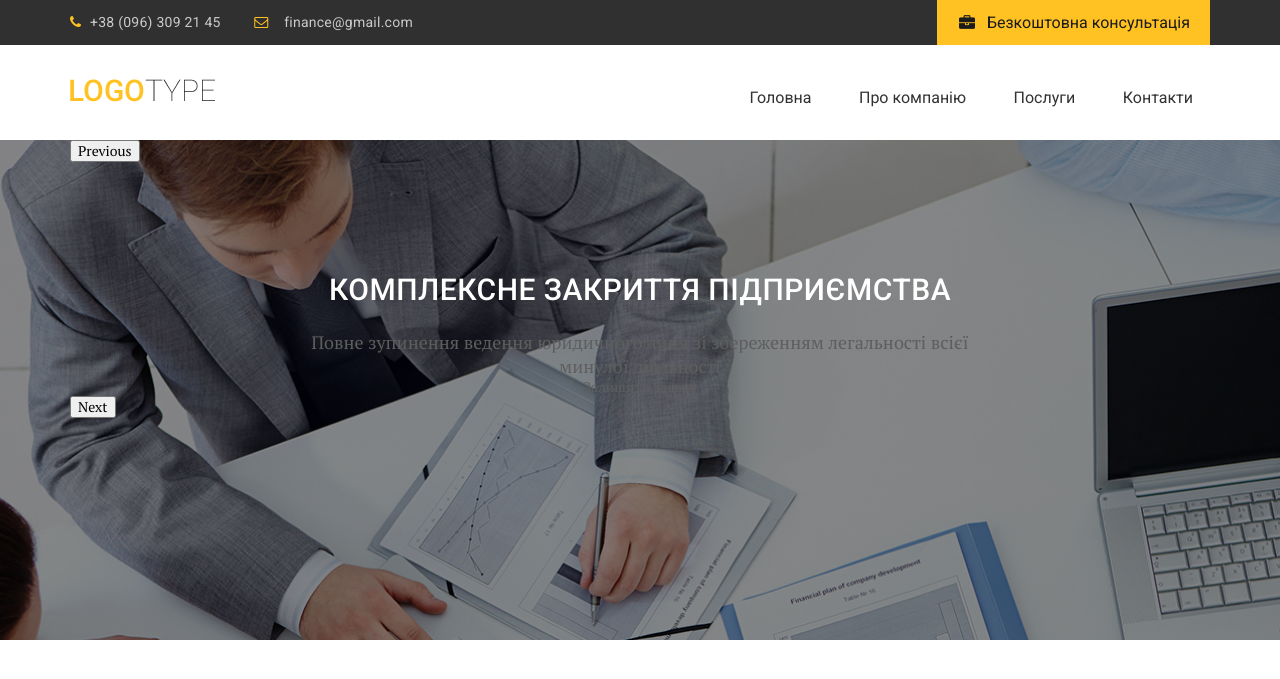
Repository: oliachipko/companysait
Page: index.html
These files come from the project's save history. The page is drawn as it stood at one moment and after the next save; the edit follows.
The browser window is 1280 px wide. The pictures show the whole page.

Above is the page before, as saved 2020-11-17 01:49:04.

After the next save:
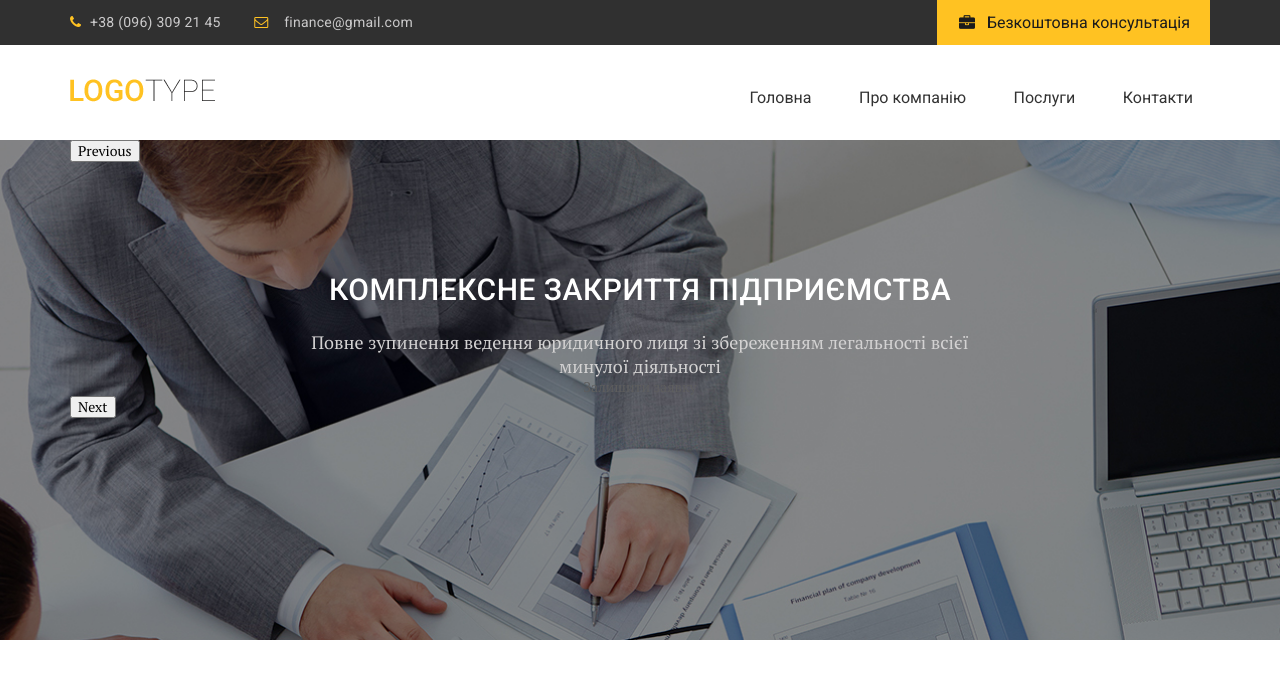
Saved 7 s later.
--- a/css/style.css
+++ b/css/style.css
@@ -136,5 +136,5 @@ header {
 .slider__text{
     line-height: 24px;
     font-size: 18px;
-    color: #
+    color: #d3d2d2;
 }
